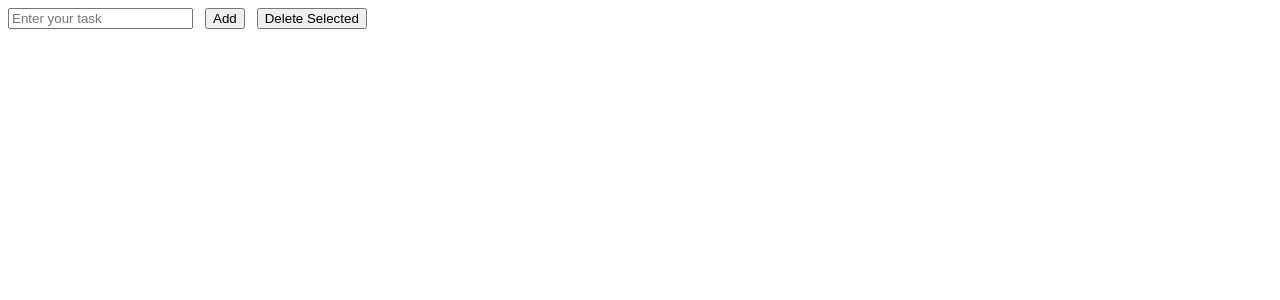
Repository: darihafebi825-collab/TODO-APP
Page: index.htmL
The author's editor kept a copy of each file at every save. The page is drawn from the files as they stood at one save, then again after the next save.
The browser window is 1280 px wide. The pictures show the whole page.

Above is the page before, as saved 2026-02-02 19:44:34.

### index.htmL

<!DOCTYPE html>
<html>
<head>
    <title>To-Do App</title>

    <style>
        li {
            cursor: pointer;
            padding: 6px;
        }
        .selected {
            background-color: #e0e0e0;
        }
        .completed {
            text-decoration: line-through;
            color: gray;
        }
        button {
            margin-left: 8px;
        }
    </style>
</head>
<body>

    <input type="text" id="taskInput" placeholder="Enter your task"
           onkeydown="if(event.key==='Enter') addTask()">
    <button onclick="addTask()">Add</button>
    <button onclick="deleteTask()">Delete Selected</button>

    <ul id="taskList"></ul>

    <script>
        let selectedItem = null;

        function addTask() {
            const task = document.getElementById("taskInput").value.trim();
            if (task === "") return;

            const li = document.createElement("li");
            li.textContent = task;

            li.onclick = function () {
                if (selectedItem) {
                    selectedItem.classList.remove("selected");
                }
                selectedItem = li;
                li.classList.add("selected");
            };

            li.ondblclick = function () {
                li.classList.toggle("completed");
            };

            document.getElementById("taskList").appendChild(li);
            document.getElementById("taskInput").value = "";
        }

        function deleteTask() {
            if (selectedItem) {
                selectedItem.remove();
                selectedItem = null;
            } else {
                alert("Please select a task to delete");
            }
        }
    </script>

</body>
</html>

After the next save:
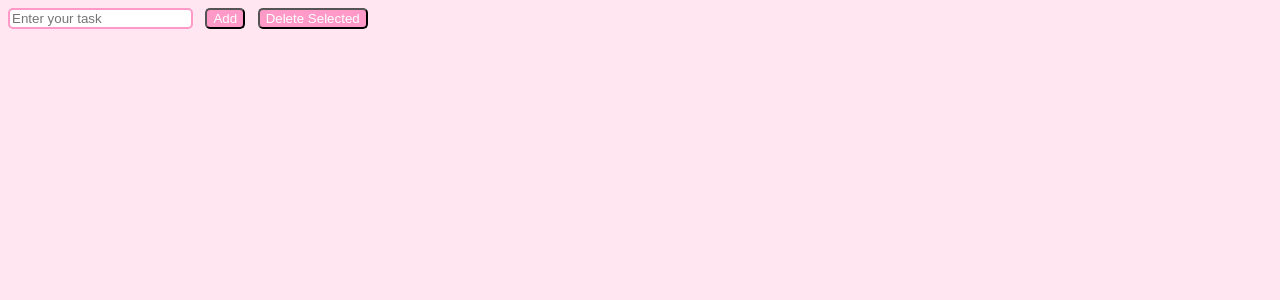
Saved 31 s later.
--- a/index.htmL
+++ b/index.htmL
@@ -5,6 +5,40 @@
     <title>To-Do App</title>
 
     <style>
+        body {
+    background-color: #ffe6f0; /* soft pink background */
+    font-family: Arial, sans-serif;
+}
+
+input[type="text"] {
+    border: 2px solid #ff99c8; /* pink border */
+    border-radius: 5px;
+}
+
+button {
+    background-color: #ff99c8; /* pink buttons */
+    color: white;
+    border-radius: 5px;
+}
+
+button:hover {
+    background-color: #ff66b3; /* darker pink on hover */
+}
+
+li {
+    background-color: white; /* task items white */
+    border-radius: 5px;
+}
+
+li.selected {
+    background-color: #ffccdd; /* selected task pink */
+}
+
+li.completed {
+    color: gray; /* completed task */
+    text-decoration: line-through;
+}
+
         li {
             cursor: pointer;
             padding: 6px;
